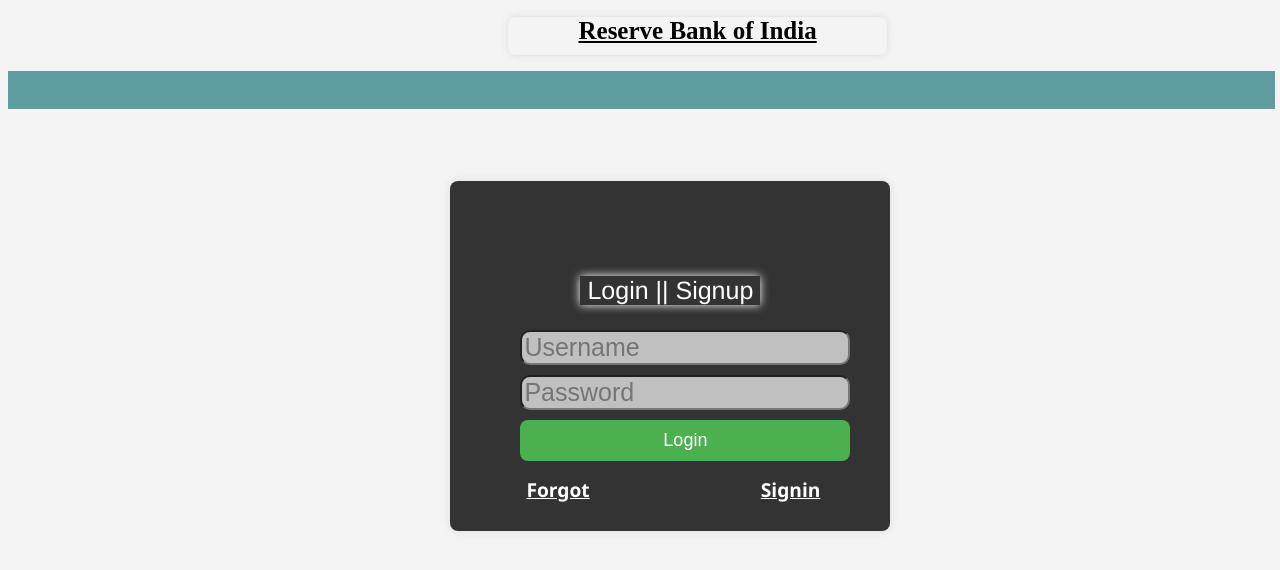
Repository: AbhishekSinghChouhan45/JSP-Projects
Page: http://localhost/BankProject/
These files come from the project's save history. The page is drawn as it stood at one moment and after the next save; the edit follows.
The browser window is 1280 px wide. The pictures show the whole page.
The page is served by Tomcat 10.

Above is the page before, as saved 2023-12-09 06:11:45.

After the next save:
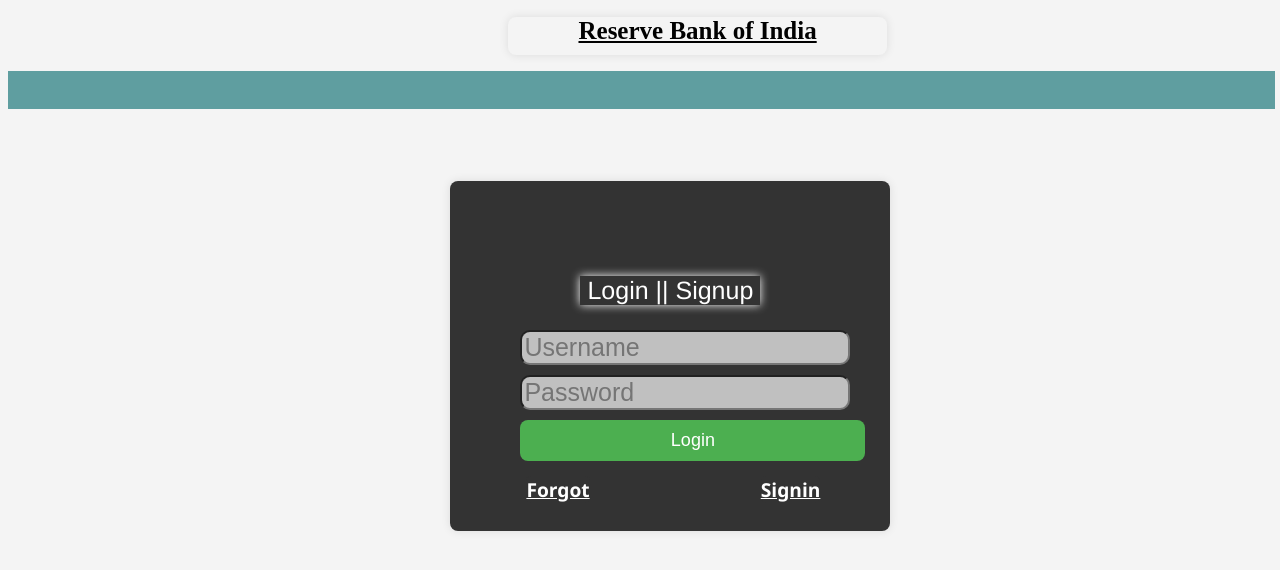
Saved 6 s later.
--- a/BankProject/src/main/webapp/style.css
+++ b/BankProject/src/main/webapp/style.css
@@ -59,7 +59,7 @@
             padding: 10px;
             background-color: #4CAF50;
             color: #fff;
-            width: 110%;
+            width: 115%;
             cursor: pointer;
 }
 #forgot{
